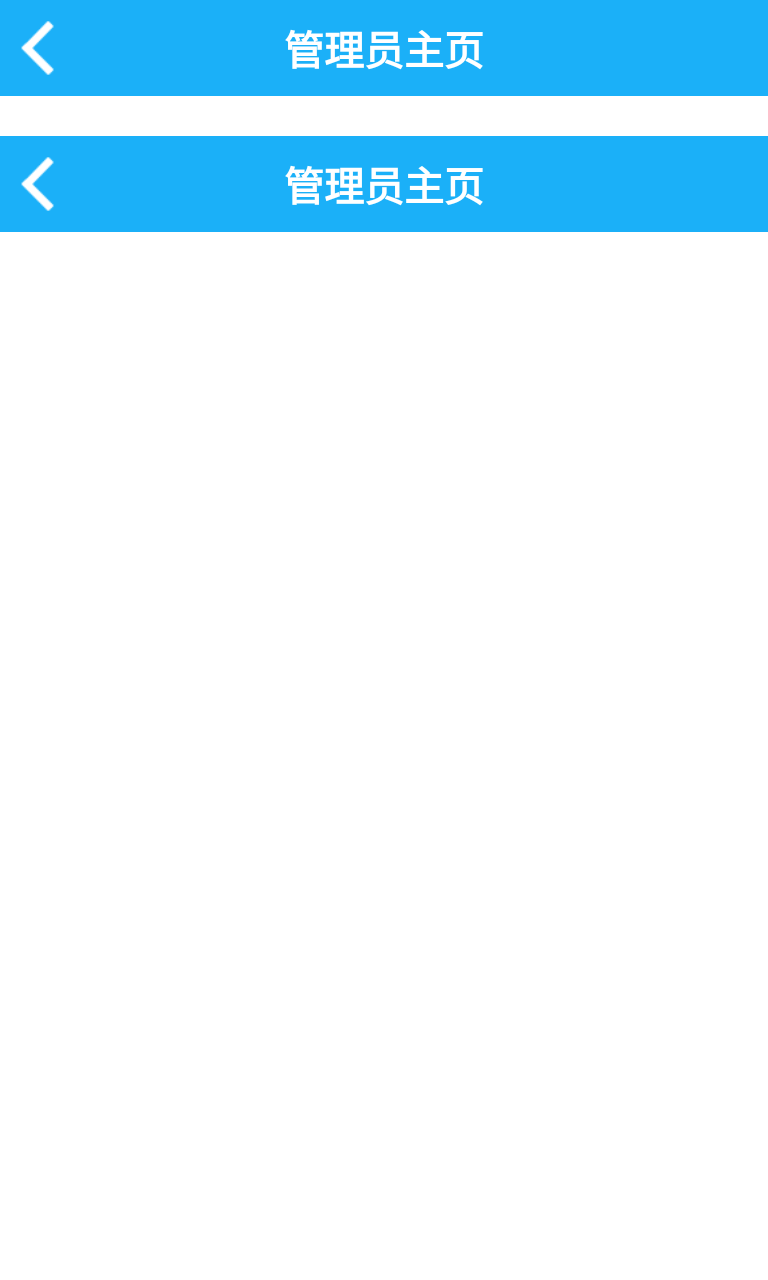
Repository: 15862175370/MyProject
Layout: 毕业设计系统源码_李伟/client/TeachSystem/res/layout/administrator_center.xml
These files come from the project's save history. The layout is drawn as it stood at one moment and after the next save; the edit follows.
It is drawn on a 768 x 1280 px phone screen (xhdpi) without system bars, with theme AppTheme; the app's code is not run.

Above is the layout before, as saved 2016-05-20 07:44:42.

After the next save:
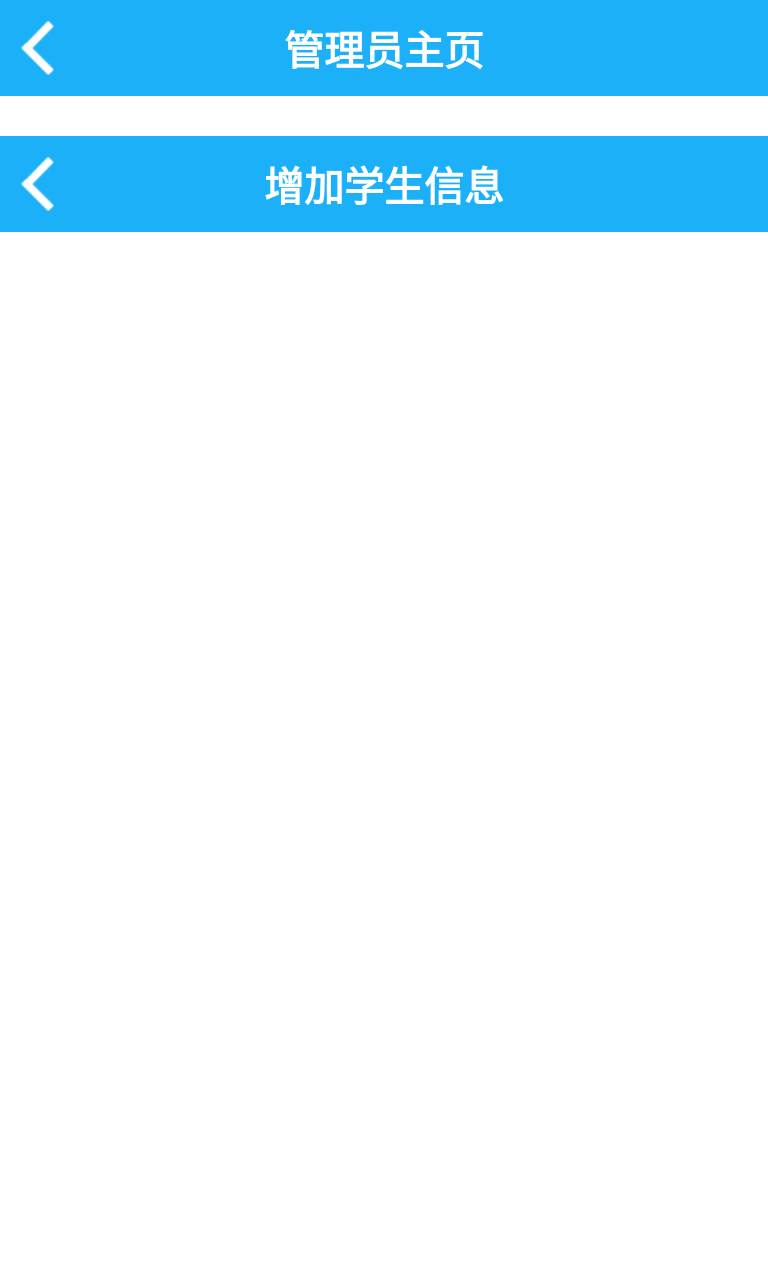
Saved 16 s later.
--- a/毕业设计系统源码_李伟/client/TeachSystem/res/layout/administrator_center.xml
+++ b/毕业设计系统源码_李伟/client/TeachSystem/res/layout/administrator_center.xml
@@ -74,7 +74,7 @@
             android:layout_height="wrap_content"
             android:layout_centerInParent="true"
             android:gravity="center"
-            android:text="管理员主页"
+            android:text="增加学生信息"
             android:textColor="#ffffff"
             android:textSize="20sp"
             android:textStyle="bold" />
